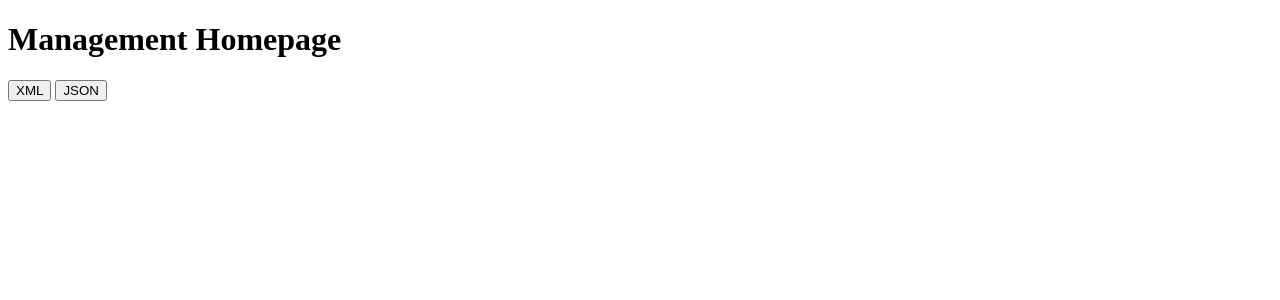
Repository: infsci2560sp16/full-stack-web-project-navis09
Page: hello/WebContent/index.html
An editor plug-in stored every save of this project. The page is shown before and after the next save, followed by the edit.
The browser window is 1280 px wide. The pictures show the whole page.

Above is the page before, as saved 2016-03-30 22:21:43.

### hello/WebContent/index.html
<!DOCTYPE html>
<html>
<head>
<meta charset="UTF-8">
<title>Management Homepage</title>
<script>
	function setContent(x){
		document.getElementById("content").innerHTML=
			"<a href='http://localhost:8080/hello/rest/BookResource/"+x+"'>"+x+"</a>"
	}
</script>

</head>
<body>
<h1>Management Homepage</h1>

	<form>
	<input type="submit" value="XML" onclick="setContent(XML)">
	<input type="submit" value="JSON" onclick="setContent(JSON)">
	</form>
    <p id="content">
    </p>

</body>
</html>

After the next save:
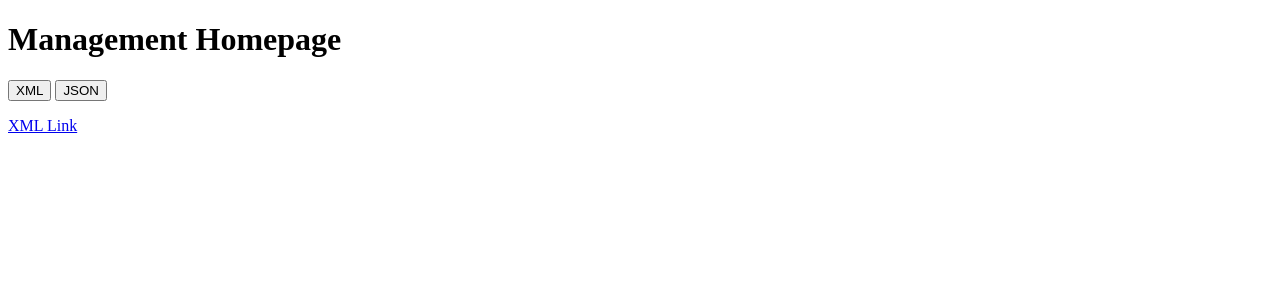
Saved 64 s later.
--- a/hello/WebContent/index.html
+++ b/hello/WebContent/index.html
@@ -19,6 +19,8 @@
 	<input type="submit" value="JSON" onclick="setContent(JSON)">
 	</form>
     <p id="content">
+
+    <a href="http://localhost:8080/hello/rest/BookResource/XML">XML Link</a>
     </p>
 
 </body>
